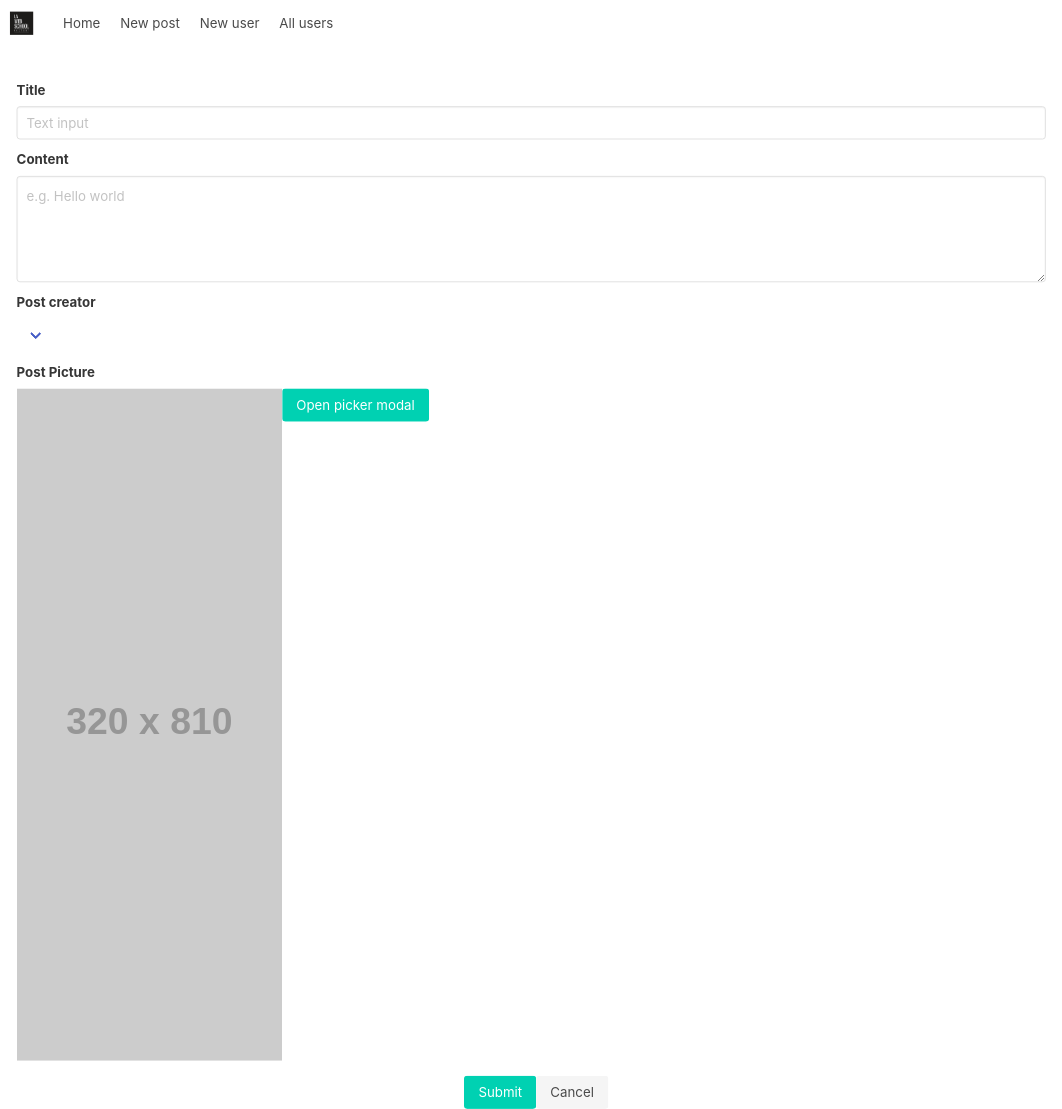
Repository: barridev/React-workshop-main
Page: /post/new
The author's editor kept a copy of each file at every save. The page is drawn from the files as they stood at one save, then again after the next save.
The browser window is 1280 px wide. The pictures show the whole page, at 83% of full size.
The project was rebuilt for these pictures with package versions that can differ from the ones it lists, and the page was loaded fresh each time. Also part of the build but not shown: src/components/PostItem.tsx, src/components/PostsList.tsx, src/private/Checkmark.tsx, src/private/SelectedImage.tsx, src/components/ImageGalleryPicker.tsx, src/components/UserProfile.tsx.

Above is the page before, as saved 2022-04-11 09:48:10.

After the next save:
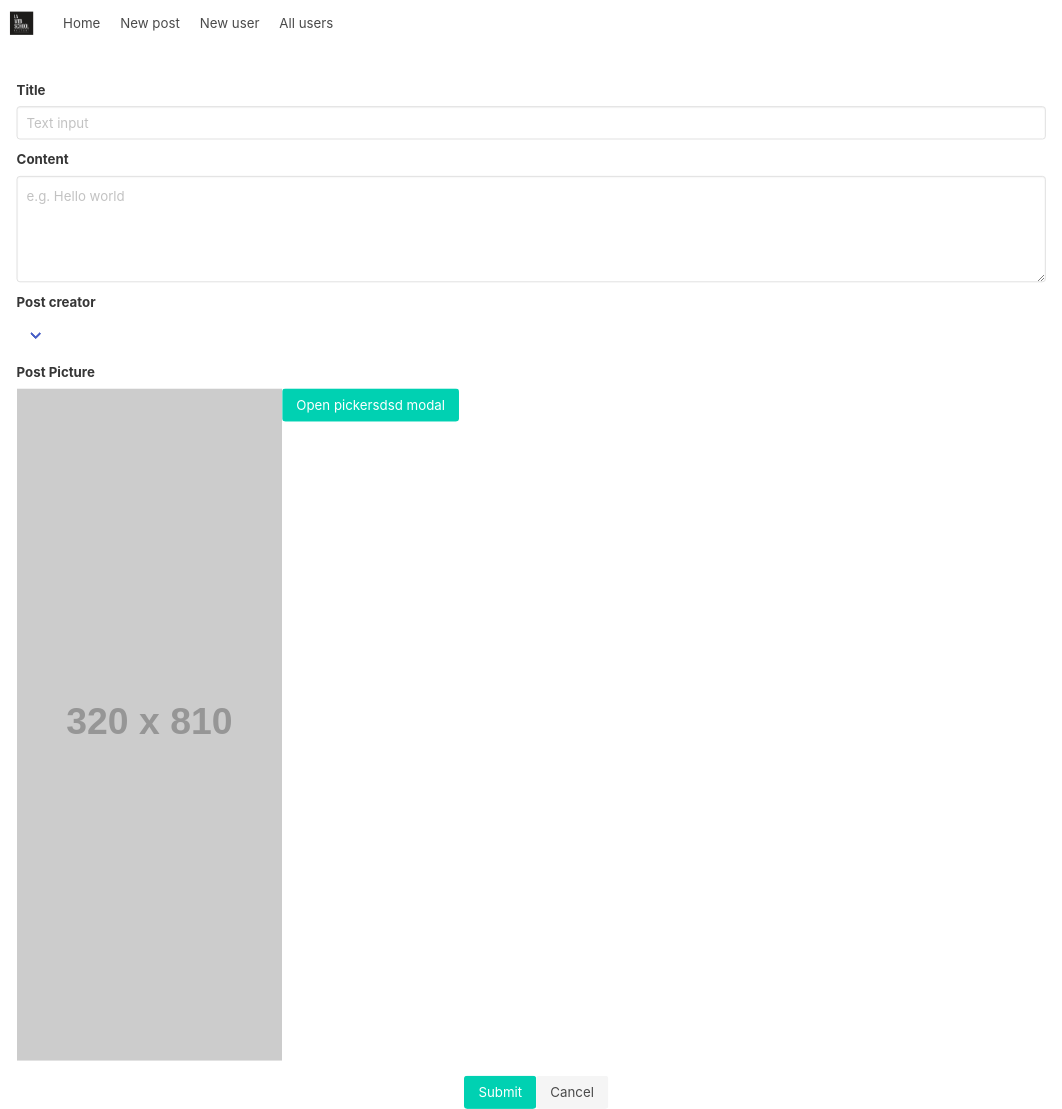
Saved 8 s later.
--- a/src/components/EditPost.tsx
+++ b/src/components/EditPost.tsx
@@ -152,7 +152,7 @@
                             className="button is-primary"
                             onClick={handleToggleModal}
                         >
-                            Open picker modal
+                            Open pickersdsd modal
                         </button>
                     </div>
                 </Field>

After the save that followed:
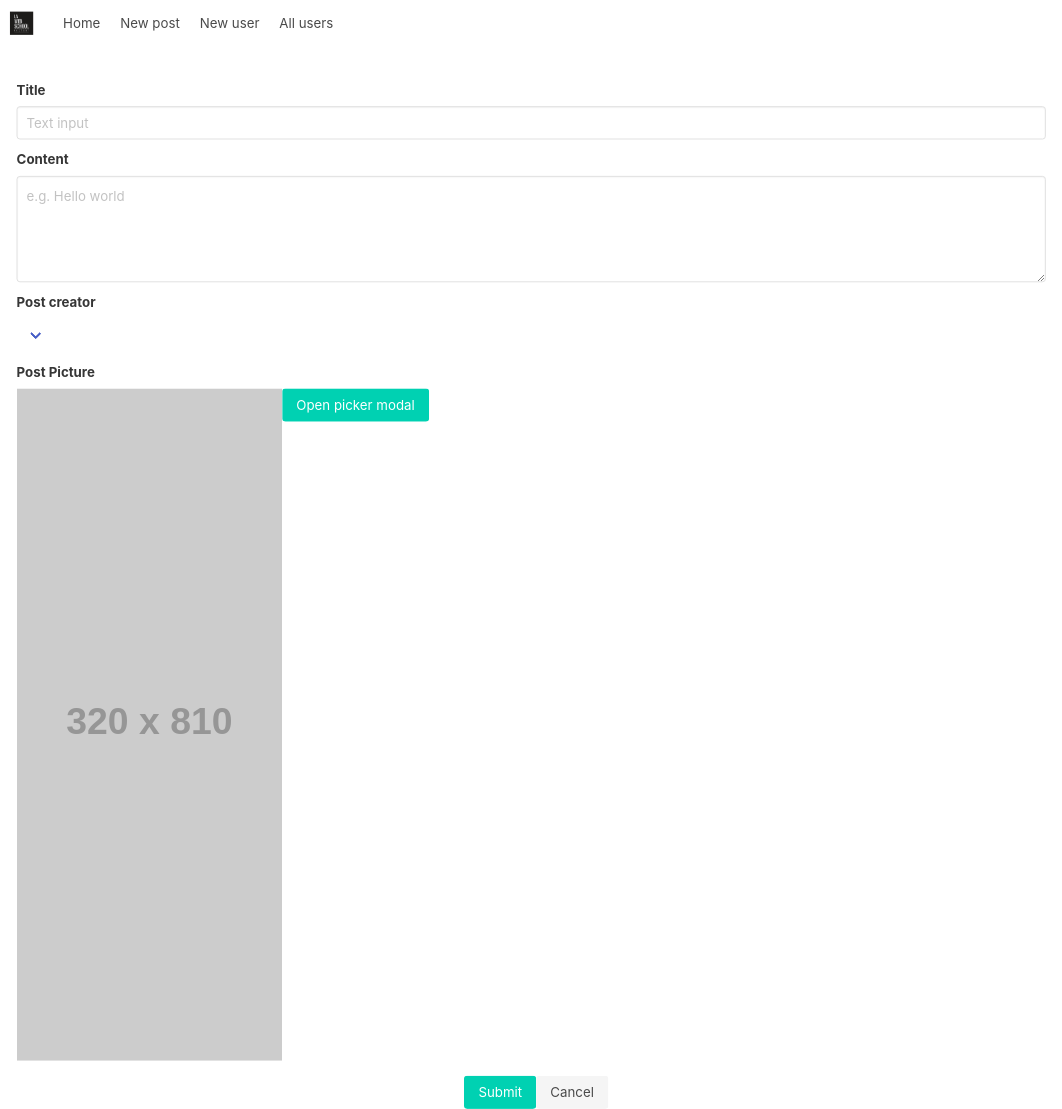
Saved 15 s later.
--- a/src/components/EditPost.tsx
+++ b/src/components/EditPost.tsx
@@ -152,7 +152,7 @@
                             className="button is-primary"
                             onClick={handleToggleModal}
                         >
-                            Open pickersdsd modal
+                            Open picker modal
                         </button>
                     </div>
                 </Field>
